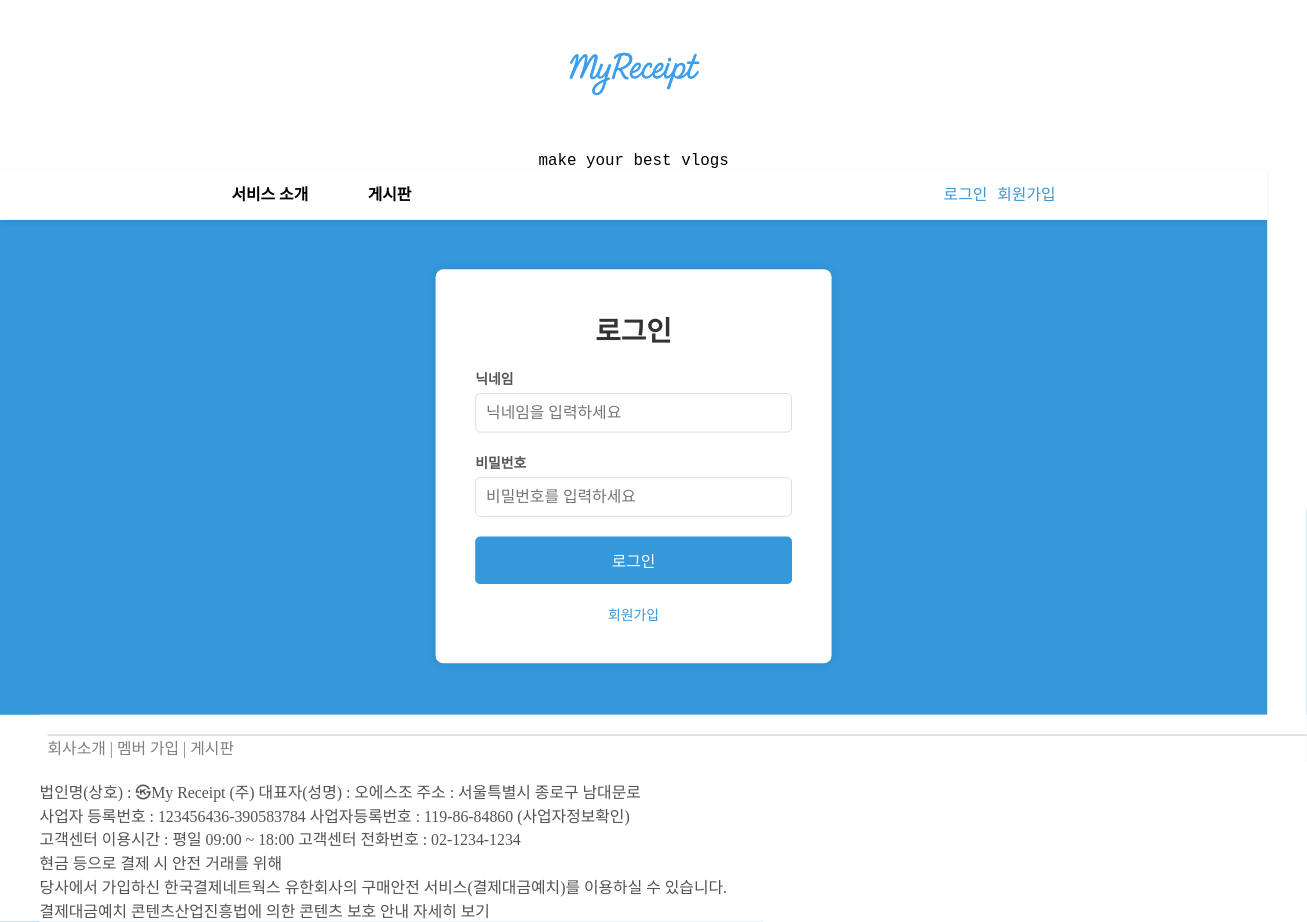
Repository: shong69/mini-project
Page: http://localhost/myReceipt2/login
These files come from the project's save history. The page is drawn as it stood at one moment and after the next save; the edit follows.
The browser window is 1280 px wide. The page is 1320 px wide, so the pictures cover 1320 px, including what lies to the right of the window. The pictures show the whole page, at 99% of full size.
Some web fonts or font styles are not loaded; a fallback is used. The page is served by Tomcat 10. Other server files are loaded and not shown.

Above is the page before, as saved 2025-05-06 19:46:31.

### jspProject/myReceipt2/src/main/webapp/WEB-INF/views/login.jsp
<%@ page language="java" contentType="text/html; charset=UTF-8"
    pageEncoding="UTF-8"%>
<%@ taglib prefix="c" uri="http://java.sun.com/jsp/jstl/core" %>
<!DOCTYPE html>
<html>
<head>
<meta charset="UTF-8">
<title>Insert title here</title>
<link rel="stylesheet" type="text/css" href="resources/css/main.css">
<style rel="stylesheet" type="text/css">

.login-form {
    background-color: #fff;
    margin:50px;
    padding: 40px;
    width: 100%;
    max-width: 400px;
    border-radius: 8px;
    box-shadow: 0 0 10px rgba(0, 0, 0, 0.1);
    text-align: center;
}

.login-form h2 {
    font-size: 28px;
    margin-bottom: 20px;
    color: #333;
}

.input-group {
    margin-bottom: 20px;
    text-align: left;
}

.input-group label {
    font-size: 14px;
    font-weight: bold;
    color: #555;
    margin-bottom: 5px;
    display: block;
}

.input-group input {
    width: 100%;
    padding: 10px;
    border: 1px solid #ddd;
    border-radius: 5px;
    font-size: 16px;
    color: #333;
    box-sizing: border-box;
}

.input-group input:focus {
    border-color: #3498db;
    outline: none;
}

/* 버튼 스타일링 */
button {
    width: 100%;
    padding: 12px;
    background-color: #3498db;
    color: white;
    border: none;
    border-radius: 5px;
    font-size: 16px;
    cursor: pointer;
    transition: background-color 0.3s;
}

button:hover {
    background-color: #2980b9;
}

/* 회원가입 링크 스타일링 */
.signup-link {
    margin-top: 20px;
}

.signup-link a {
    text-decoration: none;
    color: #3498db;
    font-size: 14px;
    transition: color 0.3s;
}

.signup-link a:hover {
    color: #2980b9;
}
#modal-wrapper {
    position: fixed;
    top: 0; left: 0;
    width: 100%; height: 100%;
    background-color: rgba(0,0,0,0.5);
    display: flex;
    align-items: center;
    justify-content: center;
    z-index: 9999;
}

#modal-content {
    background-color: #fff;
    padding: 30px 40px;
    border-radius: 8px;
    box-shadow: 0 4px 15px rgba(0,0,0,0.2);
    text-align: center;
}

#modal-message {
    font-size: 16px;
    margin-bottom: 20px;
}

#modal-close {
    padding: 10px 20px;
    background-color: #3498db;
    color: white;
    border: none;
    border-radius: 5px;
    cursor: pointer;
}

#modal-close:hover {
    background-color: #2980b9;
}

</style>
<script type="text/javascript" src="resources/js/jquery-3.1.1.min.js"></script>
<script >
$(function(){
	const message = $('#message-modal').text().trim();
	if(message) {
		$('#modal-message').text(message);
		$('#modal-wrapper').fadeIn();
	}
    $('#modal-close').on('click', function() {
        $('#modal-wrapper').fadeOut();
    });
});
</script>
</head>
<body>
	<jsp:include page="/WEB-INF/views/common/header.jsp"></jsp:include>

	<main>
		<form action="login" method="post" class="login-form">
		    <h2>로그인</h2>
		    <div class="input-group">
		        <label for="inputId">닉네임</label>
		        <input type="text" name="inputId" id="inputId" placeholder="닉네임을 입력하세요" required>
		    </div>
		    <div class="input-group">
		        <label for="inputPw">비밀번호</label>
		        <input type="password" name="inputPw" id="inputPw" placeholder="비밀번호를 입력하세요" required>
		    </div>
		    <button type="submit">로그인</button>
		    <div class="signup-link">
		        <a href="/myReceipt2/signup">회원가입</a>
		    </div>
		</form>

	</main>

	<div id="modal-wrapper" style="display:none;">
        <div id="modal-content">
            <p id="modal-message"></p>
            <button id="modal-close">확인</button>
        </div>
    </div>
	<jsp:include page="/WEB-INF/views/common/footer.jsp"></jsp:include>

	<c:if test="${not empty sessionScope.message}">
		<div id="message-modal" style="display:none;">${sessionScope.message}</div>
		<c:remove var="message" scope="session" />
	</c:if>
</body>
</html>

### jspProject/myReceipt2/src/main/webapp/WEB-INF/views/common/header.jsp
<%@ page language="java" contentType="text/html; charset=UTF-8"
    pageEncoding="UTF-8"%>
<%@ taglib prefix="c" uri="http://java.sun.com/jsp/jstl/core" %>
	<div id="header">
		<a href="/myReceipt2/index"><img src="resources/imgs/logo.png" style="width:150px;"/></a>
		<p style="font-family: 'Courier New', Courier, monospace;">make your best vlogs</p>
	</div>
	<div id="nav-bar">
		<div id="menu">
			<a href="/myReceipt2/intro">서비스 소개</a>
			<a href="/myReceipt2/board">게시판</a>
		</div>
		<div id="loginSt">
			<c:choose>
				<c:when test="${not empty sessionScope.loginMember}">
					<p>${sessionScope.loginMember.nickName}님이 로그인 중</p>
					<a href="/myReceipt2/logout">로그아웃</a>

				</c:when>
				<c:otherwise>
					<a href="/myReceipt2/login">로그인</a>
					<a href="/myReceipt2/sign">회원가입</a>
				</c:otherwise>
			</c:choose>
		</div>

	</div>

### jspProject/myReceipt2/src/main/webapp/WEB-INF/views/common/footer.jsp
<%@ page language="java" contentType="text/html; charset=UTF-8"
    pageEncoding="UTF-8"%>
	<footer class="footer">
	    <section>
	        <div class="footer-nav">
	            <a href="/">회사소개 |</a>
	            <a href="/signup">멤버 가입 |</a>
	            <a href="/">게시판</a>
	        </div>
	    </section>
	    <section>
	        <div>
	            법인명(상호) : ㉿My Receipt (주) 대표자(성명) : 오에스조 주소 : 서울특별시 종로구 남대문로 <br>
	            사업자 등록번호 : 123456436-390583784  사업자등록번호 : 119-86-84860 (사업자정보확인)<br>
	            고객센터 이용시간 : 평일 09:00 ~ 18:00  고객센터 전화번호 : 02-1234-1234
	        </div>

	        <div>
	            현금 등으로 결제 시 안전 거래를 위해<br>
	            당사에서 가입하신 한국결제네트웍스 유한회사의 구매안전 서비스(결제대금예치)를 이용하실 수 있습니다.<br>
	            결제대금예치 콘텐츠산업진흥법에 의한 콘텐츠 보호 안내 자세히 보기
	        </div>
	    </section>
	</footer>

### jspProject/myReceipt2/src/main/java/com/project/jsp/controller/LoginController.java
package com.project.jsp.controller;

import java.io.IOException;

import com.project.jsp.model.domain.Member;
import com.project.jsp.model.service.MemberService;

import jakarta.servlet.ServletException;
import jakarta.servlet.http.HttpServlet;
import jakarta.servlet.http.HttpServletRequest;
import jakarta.servlet.http.HttpServletResponse;
import jakarta.servlet.http.HttpSession;

public class LoginController extends HttpServlet{
	@Override
	protected void doGet(HttpServletRequest req, HttpServletResponse resp) throws ServletException, IOException {
		req.getRequestDispatcher("/WEB-INF/views/login.jsp").forward(req, resp);
	}
	@Override
	protected void doPost(HttpServletRequest req, HttpServletResponse resp) throws ServletException, IOException {
		String inputId = req.getParameter("inputId");
		String inputPw = req.getParameter("inputPw");
		System.out.print(inputId +" "+inputPw);
		MemberService service = new MemberService();
		Member loginMember = service.login(inputId, inputPw);

		HttpSession session = req.getSession();
		if(loginMember != null) {
			session.setAttribute("loginMember", loginMember);
			session.setMaxInactiveInterval(60*60);
			resp.sendRedirect("/myReceipt2/index");
		}else {
			session.setAttribute("message", "로그인에 실패하였습니다.(id or password not correct)");
			resp.sendRedirect("/myReceipt2/login");
		}

	}
}

### jspProject/myReceipt2/src/main/webapp/resources/css/main.css
* {
	box-sizing: border-box;
	padding: 0;
	margin: 0;
	font-family: 'main';
}
/* 메인 폰트 */
@font-face {
	font-family: 'main';
	src:
		url('https://fastly.jsdelivr.net/gh/Project-Noonnu/noonfonts_2107@1.1/Pretendard-Regular.woff')
		format('woff');
	font-style: normal;
	font-weight: 400;
}

/*header*/
#header {
	width: 100%;
	text-align: center;
}

#header>div:first-child {
	margin-bottom: 15px;
}

#nav-bar {
	line-height: 50px;
	height: 50px;
	position: sticky;
	top: 0;
	left: 0;
	background-color: white;
	z-index: 1000;
	box-shadow: 0 2px 5px rgba(0, 0, 0, 0.1);
	display:flex;
	flex-direction:row;
	justify-content:space-around;
}

#loginSt {
	margin-left:80px;
	display:flex;
	flex-direction:row;
}

#loginSt a {
	margin-left: 10px;
	color: #3498db;
	text-decoration: none;
}

#menu {
	display: flex;
	gap: 20px;
}

#menu a {
	text-decoration: none;
	color: black;
	font-weight: bold;
	padding: 0 20px;
	position: relative;
	overflow: hidden;
	transition: background-color 0.5s ease;
}

#menu a:hover {
	background-color: #335085;
	animation-duration: 2s;
	color: whitesmoke;
}

main {
	background-color: #3498db;
	display: flex;
	flex-direction: column;
	align-items: center;
	min-height:500px;
}

.section-title {
	font-size: 3.5rem;
	margin: 100px 0 70px 0;
}

#carousel {
	width: 90%;
	height: 300px;
	background-color: #ddd;
	margin-top: 20px;
}
/*footer*/
.footer {
	background-color: white;
	width: 100%;
	height: auto;
	display: flex;
	flex-direction: column;
	padding-top: 20px;
	margin: 0 40px;
}

.footer>section:first-child {
	border-top: 1px solid #c5c5c5;
	display: flex;
	flex-direction: row;
	margin-left: 8px;
}

.footer>section a {
	color: gray;
	text-decoration: none;
}

.footer>section:nth-child(2) {
	padding-top: 20px;
	color: rgb(83, 83, 83);
}

Loaded but not shown: jspProject/myReceipt2/src/main/webapp/resources/js/jquery-3.1.1.min.js (library)

After the next save:
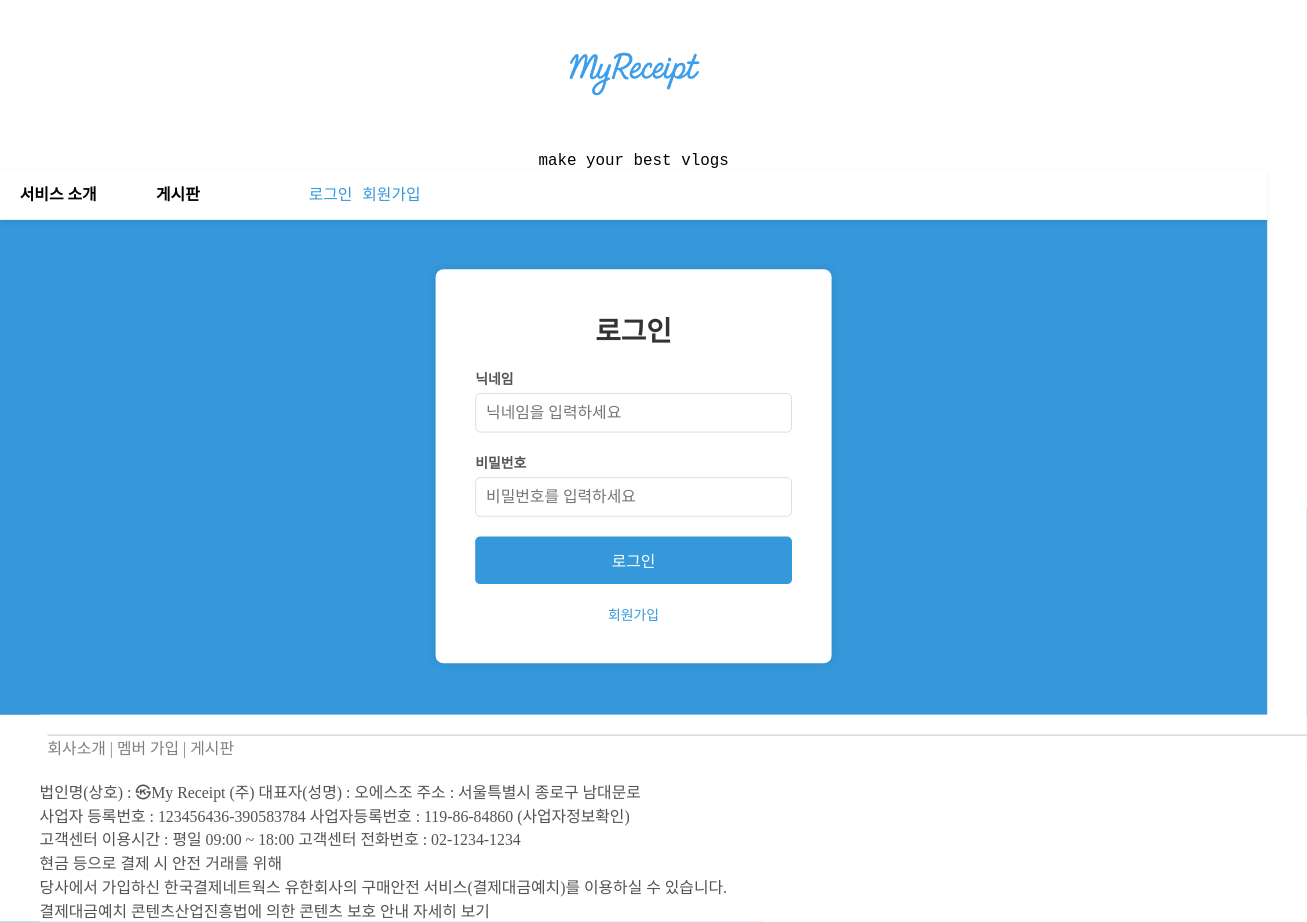
Saved 21 s later.
--- a/jspProject/myReceipt2/src/main/webapp/resources/css/main.css
+++ b/jspProject/myReceipt2/src/main/webapp/resources/css/main.css
@@ -35,7 +35,6 @@
 	box-shadow: 0 2px 5px rgba(0, 0, 0, 0.1);
 	display:flex;
 	flex-direction:row;
-	justify-content:space-around;
 }
 
 #loginSt {
